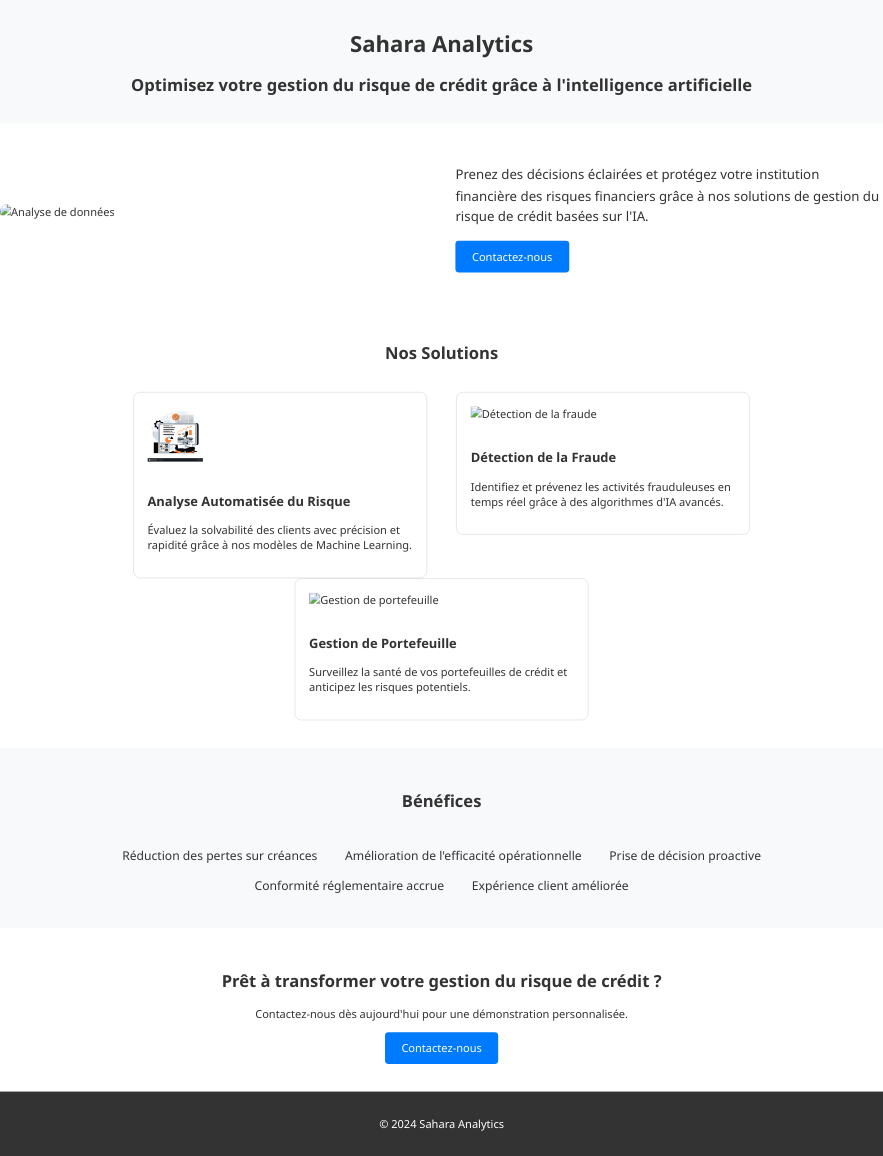
Repository: saharaAI/website
Page: landing_page/index.html
These files come from the project's save history. The page is drawn as it stood at one moment and after the next save; the edit follows.
The browser window is 1280 px wide. The pictures show the whole page, at 69% of full size.

Above is the page before, as saved 2024-06-29 14:14:02.
Not found: landing_page/images/fraude.svg
Not found: landing_page/images/hero.jpg
Not found: landing_page/images/portfolio.svg

### landing_page/index.html
<!DOCTYPE html>
<html lang="fr">
<head>
    <meta charset="UTF-8">
    <meta name="viewport" content="width=device-width, initial-scale=1.0">
    <title>Sahara Analytics - Solutions de Gestion du Risque de Crédit</title>
    <style>
        /* GENERAL */
        body {
            font-family: 'Segoe UI', Tahoma, Geneva, Verdana, sans-serif;
            margin: 0;
            padding: 0;
            color: #333;
        }
        a {
            text-decoration: none;
            color: #007bff; /* Blue */
        }
        a:hover {
            text-decoration: underline;
        }
        .btn {
            display: inline-block;
            padding: 12px 24px;
            background-color: #007bff; /* Blue */
            color: #fff;
            border-radius: 5px;
            transition: background-color 0.3s;
        }
        .btn:hover {
            background-color: #0056b3; /* Darker blue */
        }
        /* HEADER */
        header {
            background-color: #f8f9fa; /* Light grey */
            padding: 20px 0;
            text-align: center;
        }
        /* HERO SECTION */
        .hero {
            display: flex;
            justify-content: center;
            align-items: center;
            padding: 40px 0;
        }
        .hero-image {
            width: 50%;
            margin-right: 40px;
        }
        .hero-image img {
            width: 100%;
            border-radius: 10px;
        }
        .hero-text {
            width: 50%;
        }
        .hero-text p {
            font-size: 1.2em;
            line-height: 1.6;
        }
        /* SERVICES SECTION */
        .services {
            text-align: center;
            padding: 40px 0;
        }
        .services h2 {
            margin-bottom: 40px;
        }
        .services .service {
            display: inline-block;
            width: 30%;
            margin: 0 1.5%;
            padding: 20px;
            border: 1px solid #ddd;
            border-radius: 10px;
            text-align: left;
            vertical-align: top;
        }
        .services img {
            width: 80px;
            height: 80px;
            margin-bottom: 20px;
        }
        /* BENEFITS SECTION */
        .benefits {
            text-align: center;
            padding: 40px 0;
            background-color: #f8f9fa; /* Light grey */
        }
        .benefits h2 {
            margin-bottom: 40px;
        }
        .benefits ul {
            list-style: none;
            padding: 0;
            margin: 0;
            display: flex;
            flex-wrap: wrap;
            justify-content: center;
        }
        .benefits li {
            margin: 10px 20px;
            font-size: 1.1em;
        }
        /* CALL TO ACTION */
        .cta {
            text-align: center;
            padding: 40px 0;
        }
        /* FOOTER */
        footer {
            background-color: #333;
            color: #fff;
            text-align: center;
            padding: 20px 0;
        }
    </style>
</head>
<body>

    <header>
        <h1>Sahara Analytics</h1>
        <h2>Optimisez votre gestion du risque de crédit grâce à l'intelligence artificielle</h2>
    </header>

    <section class="hero">
        <div class="hero-image">
            <img src="images/hero.jpg" alt="Analyse de données">
        </div>
        <div class="hero-text">
            <p>Prenez des décisions éclairées et protégez votre institution financière des risques financiers grâce à nos solutions de gestion du risque de crédit basées sur l'IA.</p>
            <a href="#contact" class="btn">Contactez-nous</a>
        </div>
    </section>

    <section class="services">
        <h2>Nos Solutions</h2>
        <div class="service">
            <img src="images/analyse.png" alt="Analyse de données">
            <h3>Analyse Automatisée du Risque</h3>
            <p>Évaluez la solvabilité des clients avec précision et rapidité grâce à nos modèles de Machine Learning.</p>
        </div>
        <div class="service">
            <img src="images/fraude.svg" alt="Détection de la fraude">
            <h3>Détection de la Fraude</h3>
            <p>Identifiez et prévenez les activités frauduleuses en temps réel grâce à des algorithmes d'IA avancés.</p>
        </div>
        <div class="service">
            <img src="images/portfolio.svg" alt="Gestion de portefeuille">
            <h3>Gestion de Portefeuille</h3>
            <p>Surveillez la santé de vos portefeuilles de crédit et anticipez les risques potentiels.</p>
        </div>
    </section>

    <section class="benefits">
        <h2>Bénéfices</h2>
        <ul>
            <li>Réduction des pertes sur créances</li>
            <li>Amélioration de l'efficacité opérationnelle</li>
            <li>Prise de décision proactive</li>
            <li>Conformité réglementaire accrue</li>
            <li>Expérience client améliorée</li>
        </ul>
    </section>

    <section class="cta" id="contact">
        <h2>Prêt à transformer votre gestion du risque de crédit ?</h2>
        <p>Contactez-nous dès aujourd'hui pour une démonstration personnalisée.</p>
        <a href="#" class="btn">Contactez-nous</a>
    </section>

    <footer>
        <p>© 2024 Sahara Analytics</p>
    </footer>

</body>
</html>

After the next save:
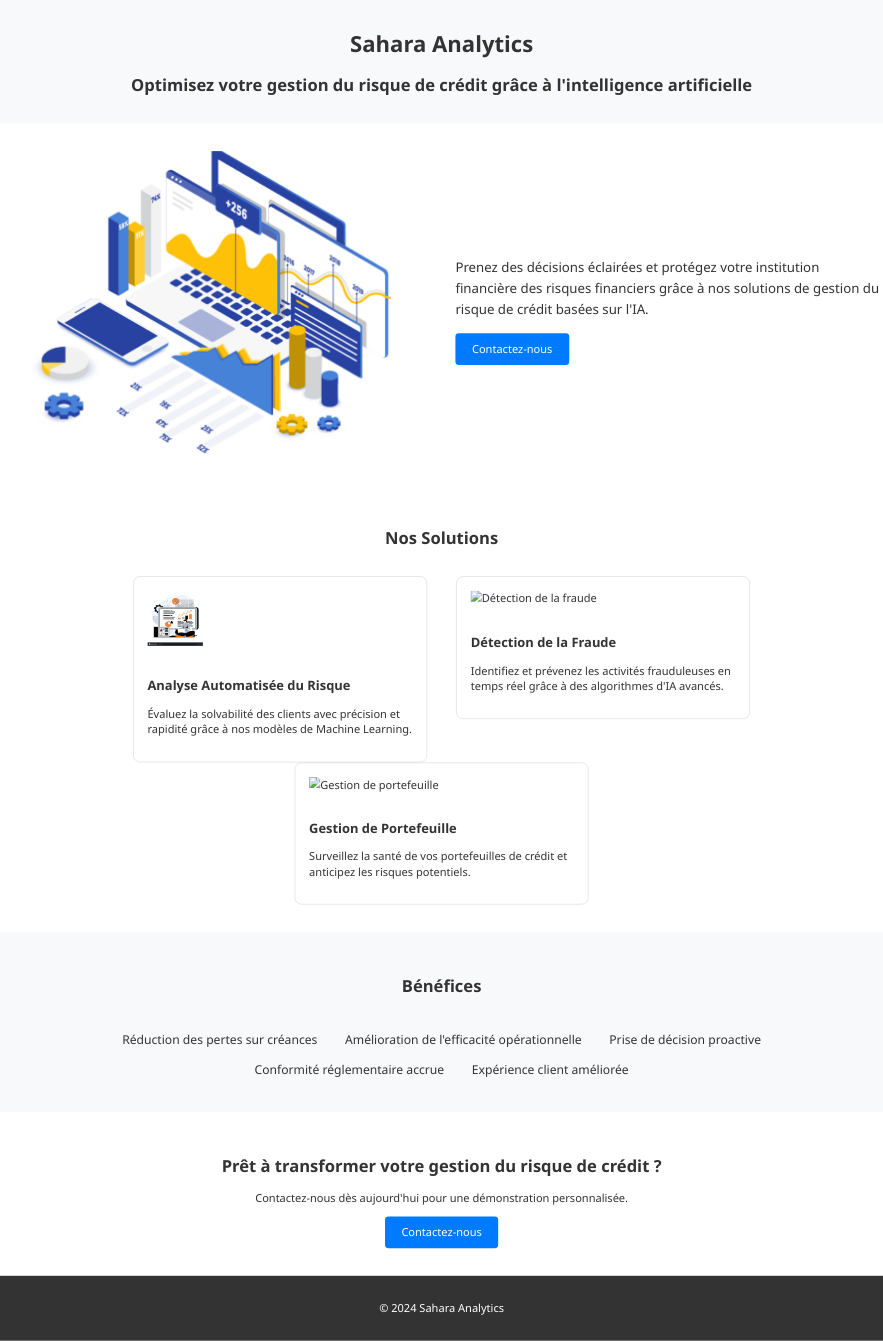
Saved 97 s later.
--- a/landing_page/index.html
+++ b/landing_page/index.html
@@ -125,7 +125,7 @@
 
     <section class="hero">
         <div class="hero-image">
-            <img src="images/hero.jpg" alt="Analyse de données">
+            <img src="images/hero.png" alt="Analyse de données">
         </div>
         <div class="hero-text">
             <p>Prenez des décisions éclairées et protégez votre institution financière des risques financiers grâce à nos solutions de gestion du risque de crédit basées sur l'IA.</p>
